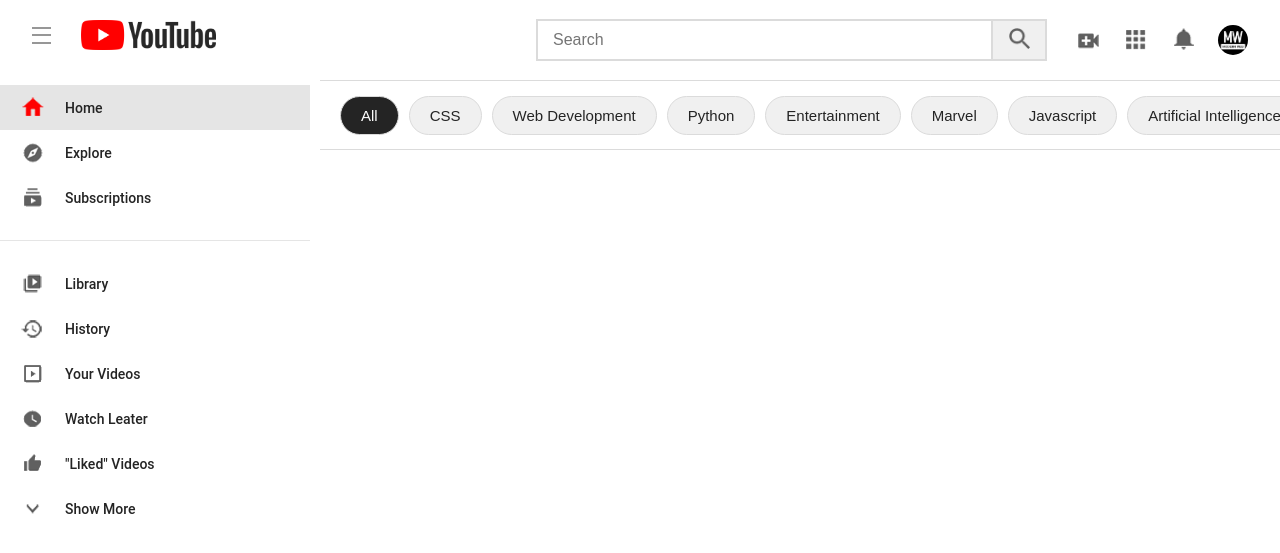
Repository: ds-mbappe/YouTube-Clone-UI
Page: index.html
These files come from the project's save history. The page is drawn as it stood at one moment and after the next save; the edit follows.
The browser window is 1280 px wide. The pictures show the whole page.
The page's requests for data from a server got no answer.

Above is the page before, as saved 2021-08-03 00:30:36.

After the next save:
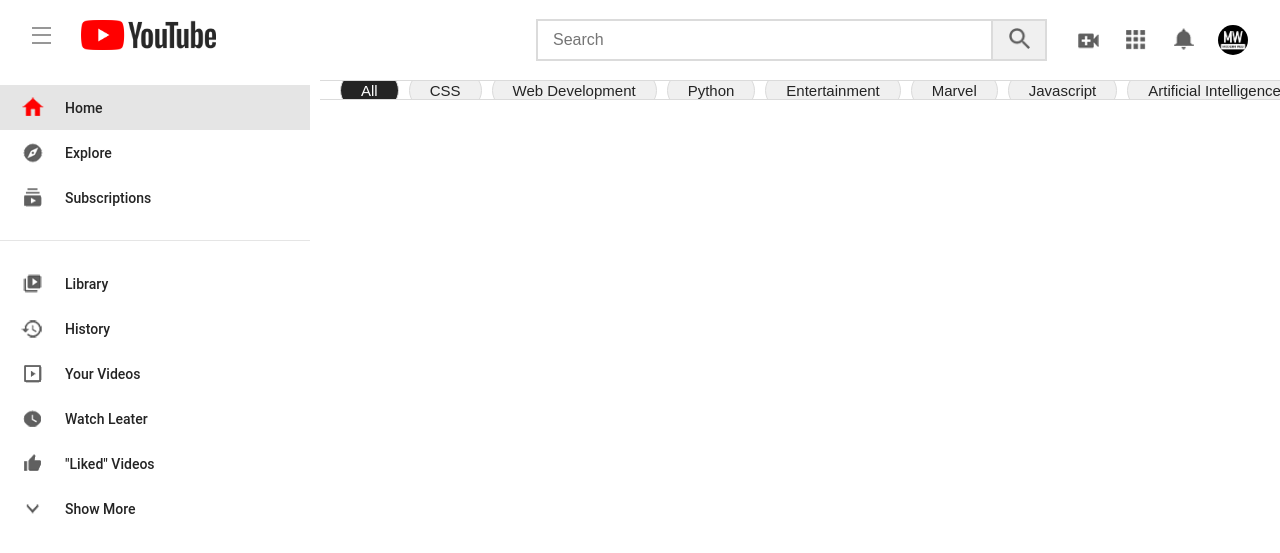
Saved 23 s later.
--- a/styles.css
+++ b/styles.css
@@ -157,7 +157,7 @@
   left: 320px;
   top: 80px;
   width: calc(100% - 250px);
-  height: 70px;
+  height: 20px;
   background: #fff;
   border-top: 1px solid #dbdbdb;
   border-bottom: 1px solid #dbdbdb;

After the save that followed:
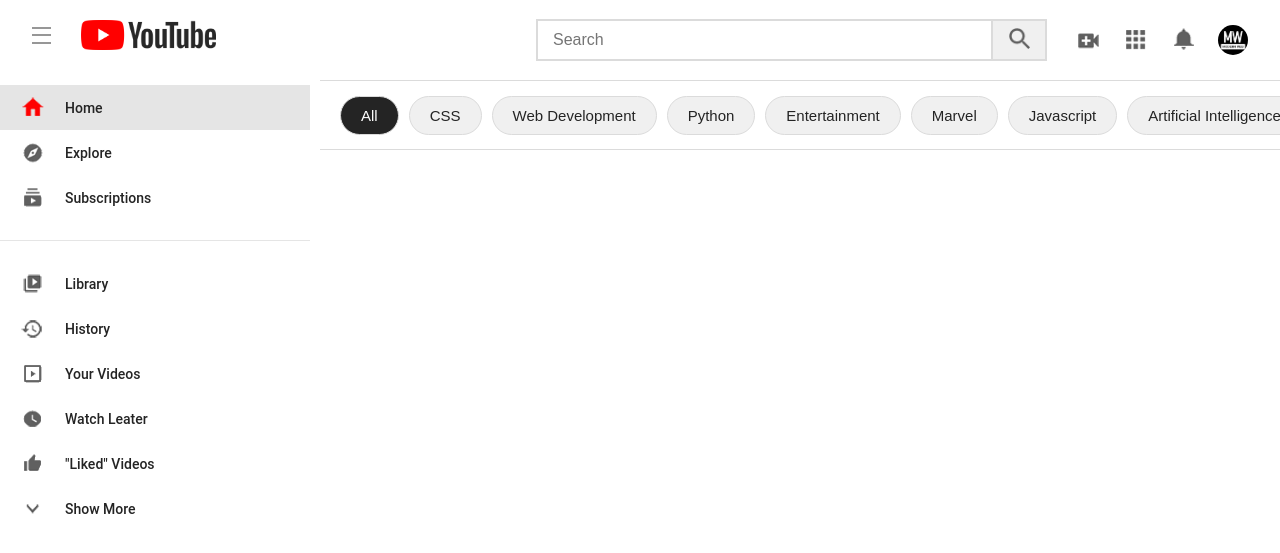
Saved 5 s later.
--- a/styles.css
+++ b/styles.css
@@ -157,7 +157,7 @@
   left: 320px;
   top: 80px;
   width: calc(100% - 250px);
-  height: 20px;
+  height: 70px;
   background: #fff;
   border-top: 1px solid #dbdbdb;
   border-bottom: 1px solid #dbdbdb;
